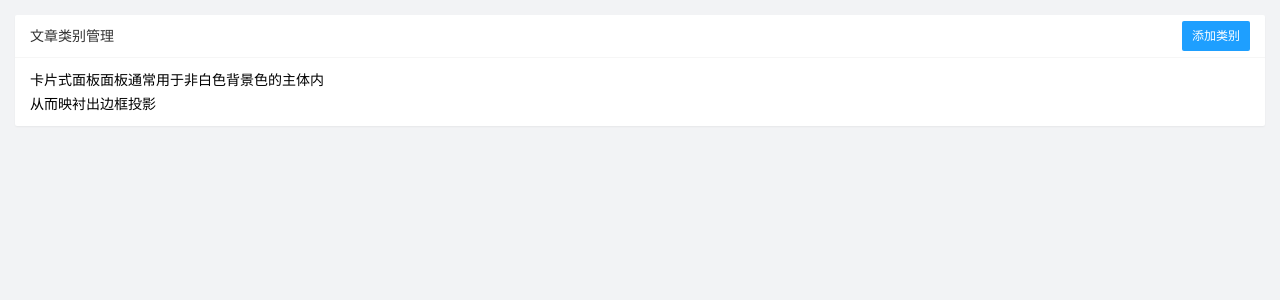
Repository: keyboying1/web_bigevent
Page: article/art_cate.html
These files come from the project's save history. The page is drawn as it stood at one moment and after the next save; the edit follows.
The browser window is 1280 px wide. The pictures show the whole page.

Above is the page before, as saved 2022-11-21 14:29:17.

### article/art_cate.html
<!DOCTYPE html>
<html lang="en">
<head>
    <meta charset="UTF-8">
    <meta http-equiv="X-UA-Compatible" content="IE=edge">
    <meta name="viewport" content="width=device-width, initial-scale=1.0">
    <title>Document</title>
    <link rel="stylesheet" href="/assets/lib/layui/css/layui.css">
    <link rel="stylesheet" href="/assets/css/article/art_cate.css">
</head>
<body>
    <!-- 卡片区域 -->
    <div class="layui-card">
        <div class="layui-card-header">
            <span>文章类别管理</span>
            <button type="button" class="layui-btn  layui-btn-sm layui-btn-normal">添加类别</button>
        </div>
        <div class="layui-card-body">
          卡片式面板面板通常用于非白色背景色的主体内<br>
          从而映衬出边框投影
        </div>
     </div>
</body>
</html>

### assets/css/article/art_cate.css
html,
body {
  margin: 0;
  padding: 0;
}
body {
    padding: 15px;
    background-color: #f2f3f5;
  }

.layui-card-header {
    display: flex;
    justify-content: space-between;
    align-items: center;
}

Loaded but not shown: assets/lib/layui/css/layui.css (library)

After the next save:
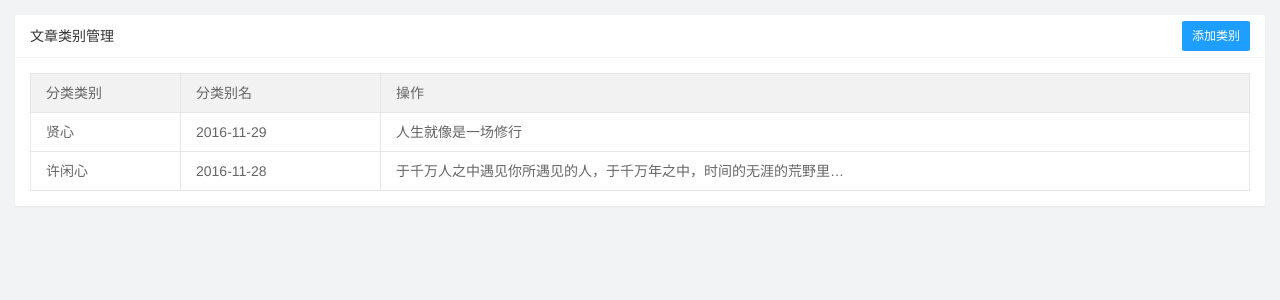
Saved 68 s later.
--- a/article/art_cate.html
+++ b/article/art_cate.html
@@ -16,8 +16,32 @@
             <button type="button" class="layui-btn  layui-btn-sm layui-btn-normal">添加类别</button>
         </div>
         <div class="layui-card-body">
-          卡片式面板面板通常用于非白色背景色的主体内<br>
-          从而映衬出边框投影
+            <table class="layui-table">
+                <colgroup>
+                  <col width="150">
+                  <col width="200">
+                  <col>
+                </colgroup>
+                <thead>
+                  <tr>
+                    <th>分类类别</th>
+                    <th>分类别名</th>
+                    <th>操作</th>
+                  </tr>
+                </thead>
+                <tbody>
+                  <tr>
+                    <td>贤心</td>
+                    <td>2016-11-29</td>
+                    <td>人生就像是一场修行</td>
+                  </tr>
+                  <tr>
+                    <td>许闲心</td>
+                    <td>2016-11-28</td>
+                    <td>于千万人之中遇见你所遇见的人，于千万年之中，时间的无涯的荒野里…</td>
+                  </tr>
+                </tbody>
+              </table>
         </div>
      </div>
 </body>
